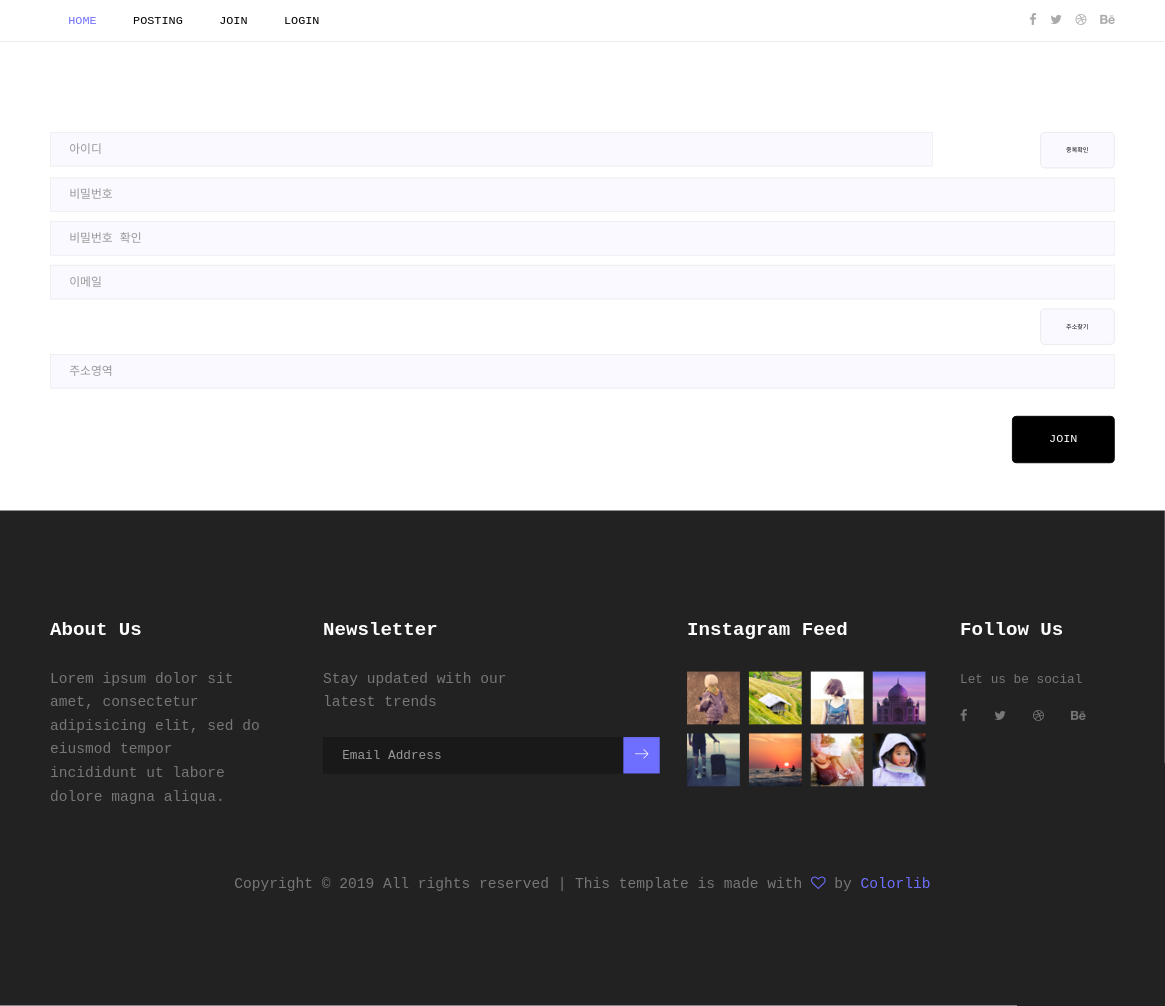
Repository: heonyKim/JSP
Page: http://localhost/blog/user/join.jsp
An editor plug-in stored every save of this project. The page is shown before and after the next save, followed by the edit.
The browser window is 1280 px wide. The pictures show the whole page, at 91% of full size.
Some web fonts or font styles are not loaded; a fallback is used. The page is served by Tomcat 9.

Above is the page before, as saved 2019-11-05 07:26:16.
Console error (its wording comes from the project's code and is left out).

After the next save:
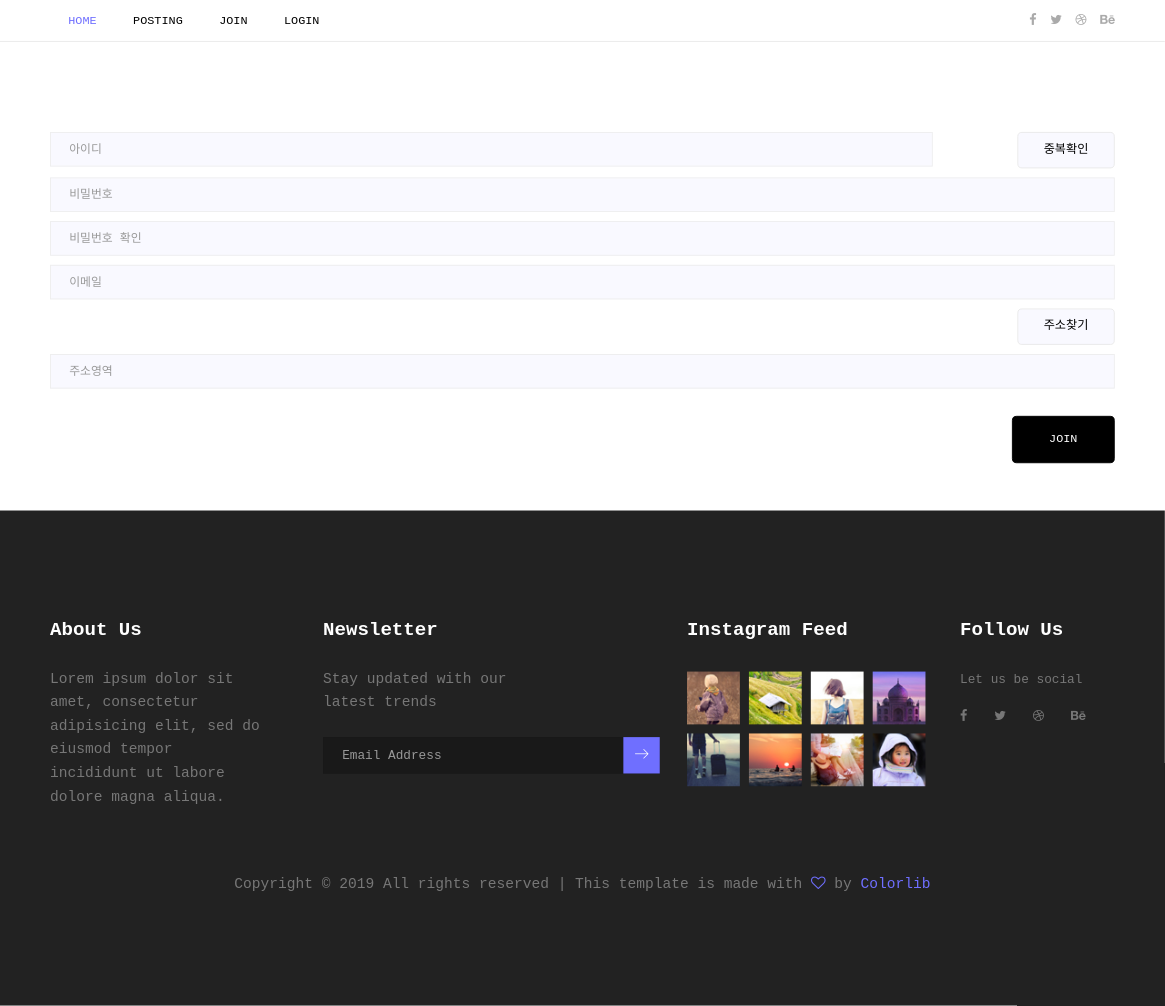
Saved 10 s later.
--- a/blog_project/blog/WebContent/user/join.jsp
+++ b/blog_project/blog/WebContent/user/join.jsp
@@ -19,7 +19,7 @@
 						</div>
 						<div class="col-md-2">
 							<div class="form-group float-right">
-								<a class="blog_btn" href="#" onClick="#" style="font-size:5pt;">중복확인</a>
+								<a class="blog_btn" href="#" onClick="#" style="font-size:10pt;">중복확인</a>
 							</div>
 					</div>
 
@@ -44,7 +44,7 @@
 
 					<div class="col-md-12">
 						<div class="form-group float-right">
-							<a class="blog_btn" href="#" onClick="goPopup();" style="font-size:5pt;">주소찾기</a>
+							<a class="blog_btn" href="#" onClick="goPopup();" style="font-size:10pt;">주소찾기</a>
 						</div>
 					</div>
 					<div class="col-md-12">
